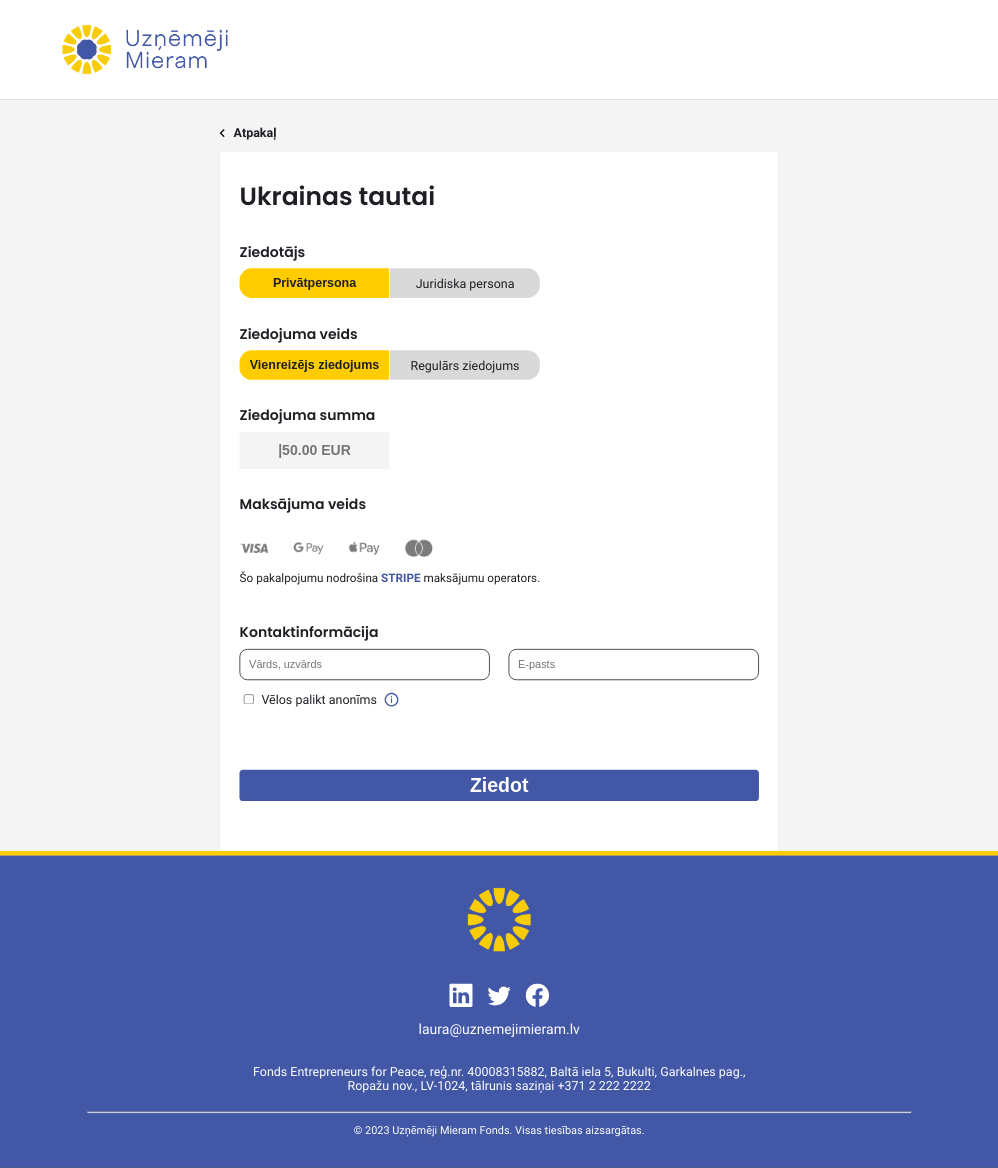
Repository: KatrinaPa/projekts11
Page: donate_Ukr-private-onetime.html
An editor plug-in stored every save of this project. The page is shown before and after the next save, followed by the edit.
The browser window is 1280 px wide. The pictures show the whole page, at 78% of full size.

Above is the page before, as saved 2023-05-30 20:33:52.
Console error: TypeError: Cannot read properties of null (reading 'children')

### donate_Ukr-private-onetime.html
<!DOCTYPE html>
<html lang="en">

<head>
    <meta charset="UTF-8">
    <meta http-equiv="X-UA-Compatible" content="IE=edge">
    <meta name="viewport" content="width=device-width, initial-scale=1.0">
    <title>Ukrainas tautai</title>
    <link href="https://fonts.googleapis.com/css2?family=Jost:wght@400;700&display=swap" rel="stylesheet" />
    <link rel="stylesheet" href="assets/main.css" />
    <link rel="stylesheet" href="assets/donate-page.css" />
    <link rel="stylesheet" href="assets/donate-page-private-onetime.css" />
    <link rel="stylesheet" href="https://cdnjs.cloudflare.com/ajax/libs/font-awesome/6.2.0/css/all.min.css" />
    <script src="assets/main.js" defer></script>
</head>

<body>
    <div class="panel">
        <header class="header">
            <nav class="navbar">
                <img src="assets/images/UM_logo.png" alt="uznemejiMieram" id="logo">
                <div class="navigation">
                    <ul class="nav-menu">
                        <li class="nav-item"><a href="sakums.html" class="nav-link">Sākums</a></li>
                        <li class="nav-item"><a href="donate_projects.html" class="nav-link">Ziedot</a></li>
                    </ul>
                    <div class="hamburger">
                        <span class="bar"></span>
                        <span class="bar"></span>
                        <span class="bar"></span>
                    </div>
                </div>
            </nav>
        </header>
        <section id="donate_wrapper" class="donate_section">
            <div class="donate-centred">
                <div class="back-toProject">
                    <button class="back-btn">
                        <i id="left" class="fa-solid fa-angle-left"></i>
                    </button>
                    <a href="projekts-donateUkr.html" id="">Atpakaļ</a>
                </div>
                <div class="donate_page">
                    <h1>Ukrainas tautai</h1>
                    <div class="donation_type">
                        <h4>Ziedotājs</h4>
                        <div>
                            <button class="individual" id="individual-donate">Privātpersona</button>
                            <a href="donate_Ukr-legal-onetime.html" class="legal" id="legal-donate">Juridiska
                                persona</a>
                        </div>
                        <h4>Ziedojuma veids</h4>
                        <div>
                            <button class="one-time" id="one-time-donate">Vienreizējs ziedojums</button>
                            <a href="donate_Ukr-private-regular.html" class="regular" id="regular-donate">Regulārs
                                ziedojums</a>
                        </div>
                        <h4>Ziedojuma summa</h4>
                        <div>
                            <input class="enter-donation" type="text" placeholder="|50.00 EUR" />
                        </div>
                        <h4>Maksājuma veids</h4>
                        <div class="payment_logo">
                            <img src="assets/images/Visa_logo.png" alt="Visa" id="visa_logo">
                            <img src="assets/images/googlepay_logo.png" alt="Google Pay" id="google-pay_logo">
                            <img src="assets/images/applepay_logo.png" alt="Apple Pay" id="apple-pay_logo">
                            <img src="assets/images/MasterCard_logo.png" alt="MasterCard" id="master-card_logo">
                        </div>
                        <p>Šo pakalpojumu nodrošina <span>STRIPE</span> maksājumu operators.</p>
                    </div>
                    <div class="contact-details">
                        <h4>Kontaktinformācija</h4>
                        <form action="#" class="placehold_button">
                            <div class="inputs-details">
                                <input type="text" placeholder="Vārds, uzvārds" />
                                <input type="email" placeholder="E-pasts" />
                            </div>
                            <div class="checkbox_display">
                                <div>
                                    <input type="checkbox" name="no-display" id="display-no" />
                                    <label for="display-no">Vēlos palikt anonīms</label>
                                </div>
                                <img src="assets/images/info.png" alt="info" id="info-icon">
                            </div>
                            <button type="submit" class="buttonContinue">Ziedot</button>
                        </form>
                    </div>
                </div>
            </div>
            <div class="yellow-bottom"></div>
        </section>
        </main>
        <footer>
            <div class="about">
                <img src="assets/images/UM_simbols.png" alt="uznemejiMieram">
                <div class="social">
                    <svg xmlns="http://www.w3.org/2000/svg" width="30" height="30" fill="#ffffff" class="bi bi-linkedin"
                        viewBox="0 0 16 16">
                        <path
                            d="M0 1.146C0 .513.526 0 1.175 0h13.65C15.474 0 16 .513 16 1.146v13.708c0 .633-.526 1.146-1.175 1.146H1.175C.526 16 0 15.487 0 14.854V1.146zm4.943 12.248V6.169H2.542v7.225h2.401zm-1.2-8.212c.837 0 1.358-.554 1.358-1.248-.015-.709-.52-1.248-1.342-1.248-.822 0-1.359.54-1.359 1.248 0 .694.521 1.248 1.327 1.248h.016zm4.908 8.212V9.359c0-.216.016-.432.08-.586.173-.431.568-.878 1.232-.878.869 0 1.216.662 1.216 1.634v3.865h2.401V9.25c0-2.22-1.184-3.252-2.764-3.252-1.274 0-1.845.7-2.165 1.193v.025h-.016a5.54 5.54 0 0 1 .016-.025V6.169h-2.4c.03.678 0 7.225 0 7.225h2.4z" />
                    </svg>
                    <svg xmlns="http://www.w3.org/2000/svg" width="30" height="30" fill="#ffffff" class="bi bi-twitter"
                        viewBox="0 0 16 16">
                        <path
                            d="M5.026 15c6.038 0 9.341-5.003 9.341-9.334 0-.14 0-.282-.006-.422A6.685 6.685 0 0 0 16 3.542a6.658 6.658 0 0 1-1.889.518 3.301 3.301 0 0 0 1.447-1.817 6.533 6.533 0 0 1-2.087.793A3.286 3.286 0 0 0 7.875 6.03a9.325 9.325 0 0 1-6.767-3.429 3.289 3.289 0 0 0 1.018 4.382A3.323 3.323 0 0 1 .64 6.575v.045a3.288 3.288 0 0 0 2.632 3.218 3.203 3.203 0 0 1-.865.115 3.23 3.23 0 0 1-.614-.057 3.283 3.283 0 0 0 3.067 2.277A6.588 6.588 0 0 1 .78 13.58a6.32 6.32 0 0 1-.78-.045A9.344 9.344 0 0 0 5.026 15z" />
                    </svg>
                    <svg xmlns="http://www.w3.org/2000/svg" width="30" height="30" fill="#ffffff" class="bi bi-facebook"
                        viewBox="0 0 16 16">
                        <path
                            d="M16 8.049c0-4.446-3.582-8.05-8-8.05C3.58 0-.002 3.603-.002 8.05c0 4.017 2.926 7.347 6.75 7.951v-5.625h-2.03V8.05H6.75V6.275c0-2.017 1.195-3.131 3.022-3.131.876 0 1.791.157 1.791.157v1.98h-1.009c-.993 0-1.303.621-1.303 1.258v1.51h2.218l-.354 2.326H9.25V16c3.824-.604 6.75-3.934 6.75-7.951z" />
                    </svg>
                </div>
                <div class="contacts">
                    <p>laura@uznemejimieram.lv</p>
                    <p>Fonds Entrepreneurs for Peace, reģ.nr. 40008315882, Baltā iela 5, Bukulti, Garkalnes pag., Ropažu
                        nov., LV-1024, tālrunis saziņai +371 2 222 2222</p>
                </div>
            </div>
            <div class="copy">
                <hr>
                <p>© 2023 Uzņēmēji Mieram Fonds. Visas tiesības aizsargātas.</p>
            </div>
        </footer>
    </div>

</body>

</html>

### assets/donate-page.css
#donate_wrapper {
    background-color: #f4f4f4;
}

.donate_section {
    font-family: 'Roboto';
}

.donate-centred {
    display: flex;
    align-items: center;
    flex-direction: column;
}

.back-toProject {
    width: 57%;
    padding: 2rem 0 1rem 0;
}

.back-toProject a {
    text-decoration: none;
    color: #1E1F24;
    font-size: 16px;
    font-weight: 600;
    margin-block-start: 0;
}

.back-btn {
    margin-top: -15px;
    border: 0;
    background: transparent;
    cursor: pointer;
}

.donate_page {
    width: 52%;
    background-color: #ffffff;
    padding: 2rem 1.5rem 4rem 1.5rem;
    display: flex;
    flex-direction: column;
    align-items: flex-start;
    color: #1E1F24;
}

h1 {
    color: #1E1F24;
    font-weight: 600;
    font-size: 32px;
    line-height: 50px;
}

h4 {
    font-size: 18px;
    font-weight: 600;
    margin: 2rem 0 0.5rem 0;
    font-family: 'Poppins';
}

.donation_type div {
    display: flex;
    flex-direction: row;
    justify-content: flex-start;
}

.donation_type svg {
    margin: 1rem 0.7rem 0 0.4rem;
    margin-block-start: 0;
}

.donation_type p {
    font-size: 15px;
    margin-block-start: 1.1rem;
}

.donation_type span {
    color: #4257A6;
    font-weight: 600;
}

.one-time,
.individual {
    color: #1E1F24;
    font-size: 16px;
    padding: 0.6rem 0;
    width: 12rem;
    text-align: center;
    text-decoration: none;
    border: none;
    border-radius: 16px 0 0 16px;
    font-weight: 400;
    margin-block-end: 0;
    cursor: pointer;
}

.legal,
.regular {
    color: #1E1F24;
    font-size: 16px;
    padding: 0.6rem 0;
    width: 12rem;
    text-align: center;
    text-decoration: none;
    border: 1px solid #ffffff;
    border-width: 0 0 0 1px;
    border-radius: 0 16px 16px 0;
    font-weight: 400;
    margin-block-end: 0;
    cursor: pointer;
}

.legal:hover,
.regular:hover,
.one-time:hover,
.individual:hover {
    background-color: #ffcc00;
    font-weight: 600;
}

.enter-donation {
    background-color: #f4f4f4;
    color: #615c5c;
    font-size: 18px;
    padding: 0.8rem 0;
    width: 12rem;
    text-align: center;
    border: none;
    font-weight: 600;
    margin-block-start: 0;
}

.payment_logo {
    align-items: center;
    gap: 2rem;
    margin-top: 2rem;
}

#visa_logo,
#google-pay_logo,
#apple-pay_logo,
#master-card_logo {
    cursor: pointer;
}

.contact-details {
    display: flex;
    flex-direction: column;
    justify-content: space-between;
    width: 100%;
}

.inputs-details {
    display: flex;
    gap: 1.5rem;
    margin-bottom: 1rem;
}

.contact-details input {
    border-radius: 10px;
    padding: 0.7rem 0.7rem;
    width: 100%;
    border: solid 1px #1E1F24;
    font-size: 14px;
}

.buttonContinue {
    margin-top: 2.5rem;
    width: 100%;
    background-color: #4257A6;
    color: #ffffff;
    font-size: 25px;
    font-weight: 600;
    height: 2.5rem;
    text-decoration: none;
    border-radius: 5px;
    border: none;
    align-items: center;
    justify-content: center;
    cursor: pointer;
}

.checkbox_display {
    display: flex;
    margin-bottom: 2.5rem;
    gap: 0.6rem;
}

.checkbox_display img {
    width: 18px;
    height: 18px;
}

#display-no {
    width: 1.5rem;
    margin: 0;
}

.yellow-bottom {
    height: 0.4rem;
    background-color: #ffcc00;
}

@media (min-width: 1280px) {}

@media screen and (max-width: 1279px) {

    .back-toProject {
        width: 84%;
    }

    .donate_page {
        width: 75%;
    }

    .inputs-details {
        gap: 0.5rem;
    }
}

@media screen and (max-width: 700px) {

    .back-toProject {
        width: 87%;
    }

    .inputs-details {
        margin-bottom: 2rem;
        flex-direction: column;
    }

    .placehold_button {
        padding-right: 2rem;
    }

    .one-time,
    .regular,
    .individual,
    .legal {
        width: 11rem;
    }
}

### assets/donate-page-private-onetime.css
#one-time-donate {
    background-color: #ffcc00;
    font-weight: 600;
    cursor: auto;
}

#regular-donate {
    background-color: #d9d9d9;
}

#individual-donate {
    background-color: #ffcc00;
    font-weight: 600;
    cursor: auto;
}

#legal-donate {
    background-color: #d9d9d9;
}

Loaded but not shown: assets/main.js (97 lines, source omitted); assets/main.css (1929 lines, source omitted)

After the next save:
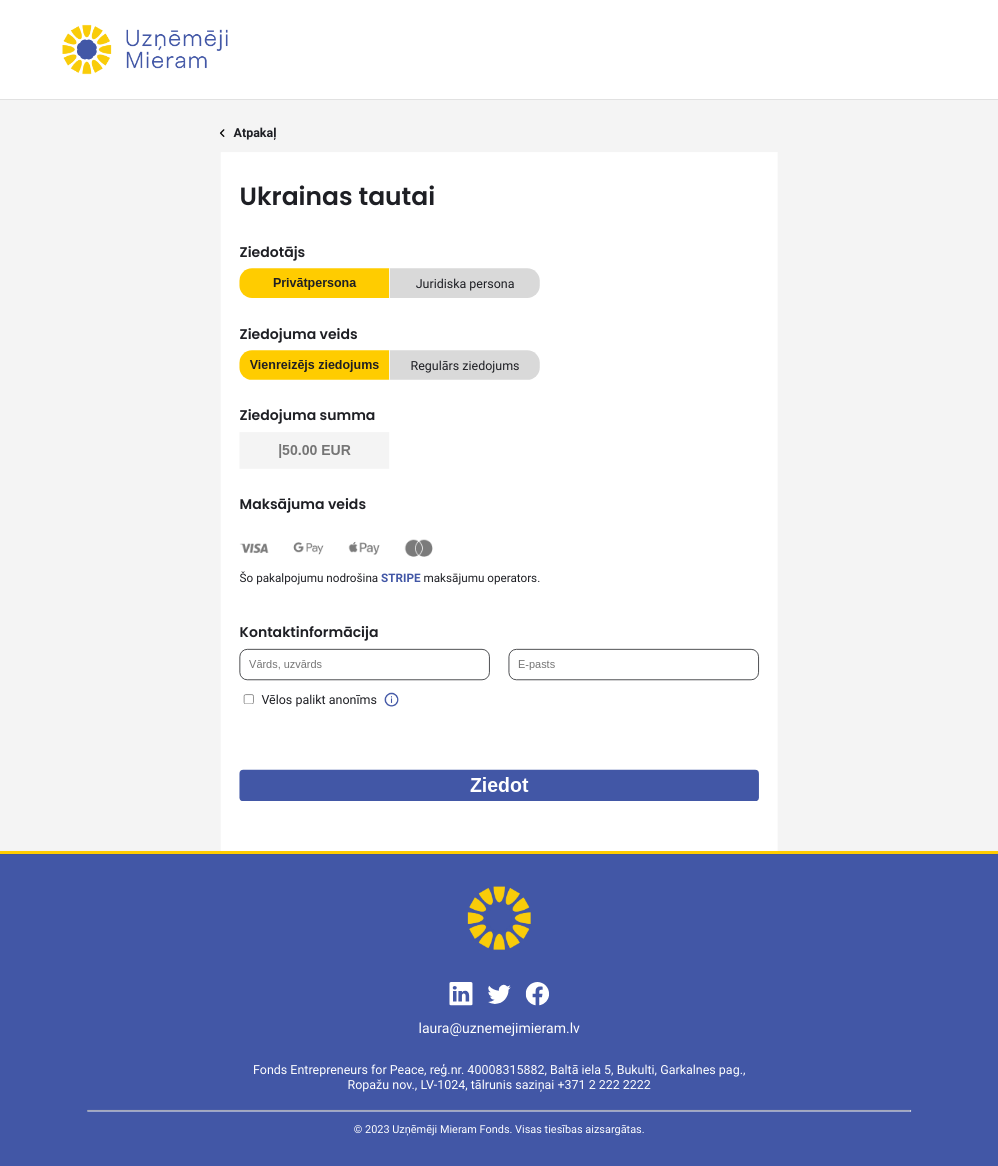
Saved 74 s later.
--- a/assets/donate-page.css
+++ b/assets/donate-page.css
@@ -195,7 +195,7 @@
 }
 
 .yellow-bottom {
-    height: 0.4rem;
+    height: 0.25rem;
     background-color: #ffcc00;
 }
 
